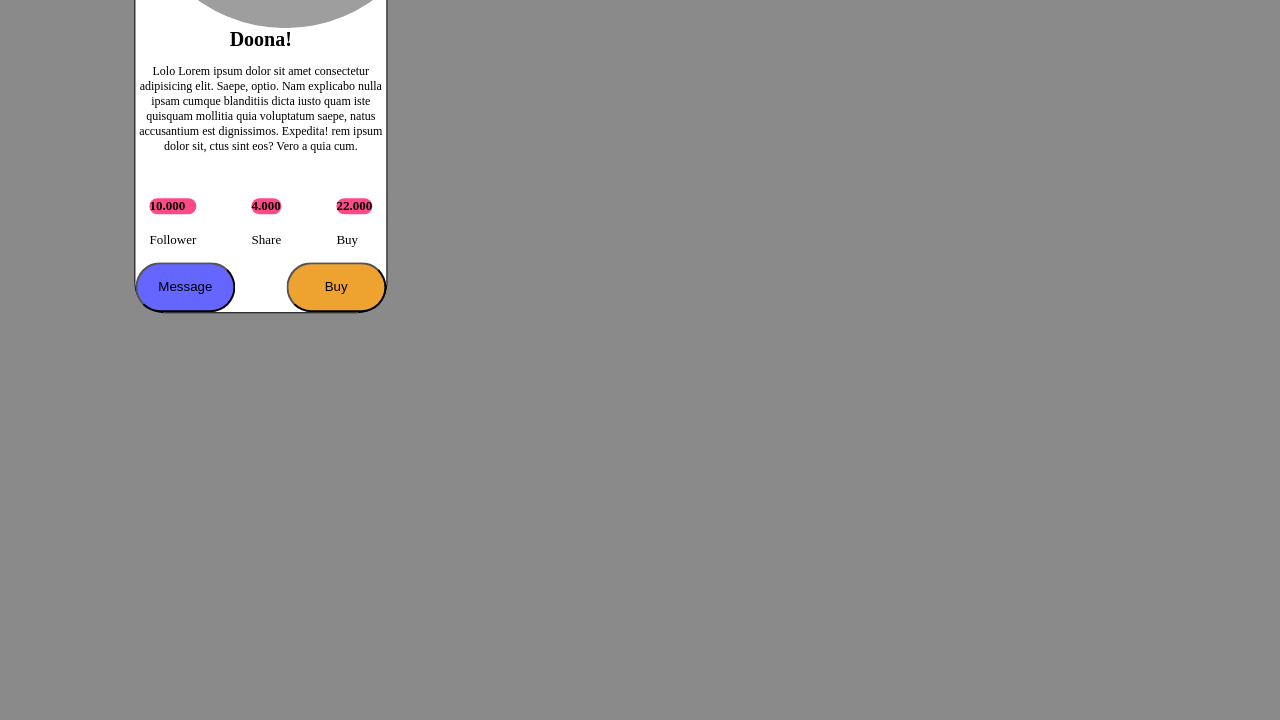
Repository: 16-Doffy/FE-UI
Page: Form-basic copy/index.html
The author's editor kept a copy of each file at every save. The page is drawn from the files as they stood at one save, then again after the next save.
The browser window is 1280 px wide. The pictures show the whole page.
Pictures or frames that could not be fetched are drawn as grey boxes.

Above is the page before, as saved 2024-12-25 19:56:40.

After the next save:
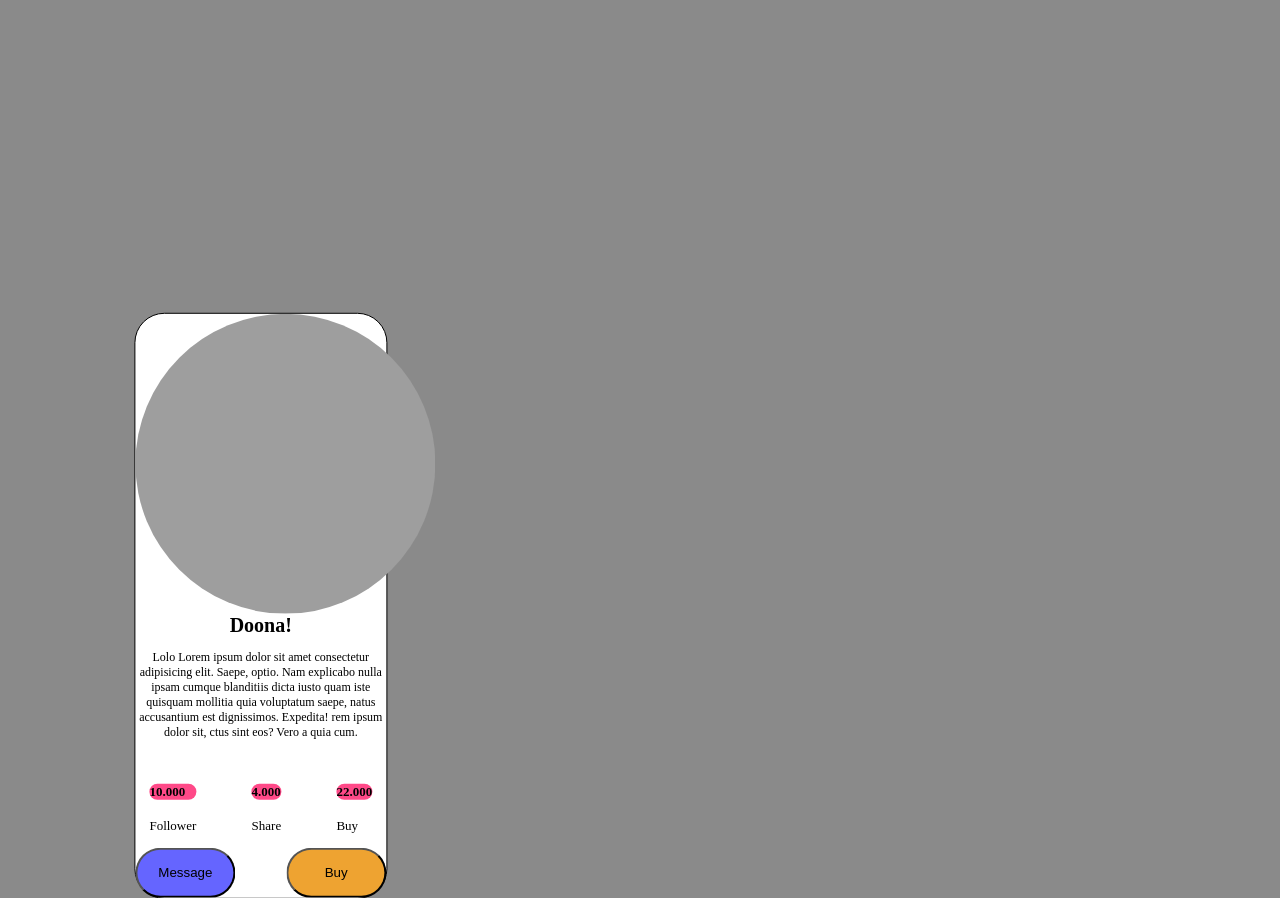
Saved 5 s later.
--- a/Form-basic copy/styles.css
+++ b/Form-basic copy/styles.css
@@ -23,7 +23,7 @@
 } */
 .head{
   margin:20px 0 0 0;
-  transform: translate(50%,-50%);
+  transform: translate(50%,50%);
 width: 20%;
 height: 80%;
 
